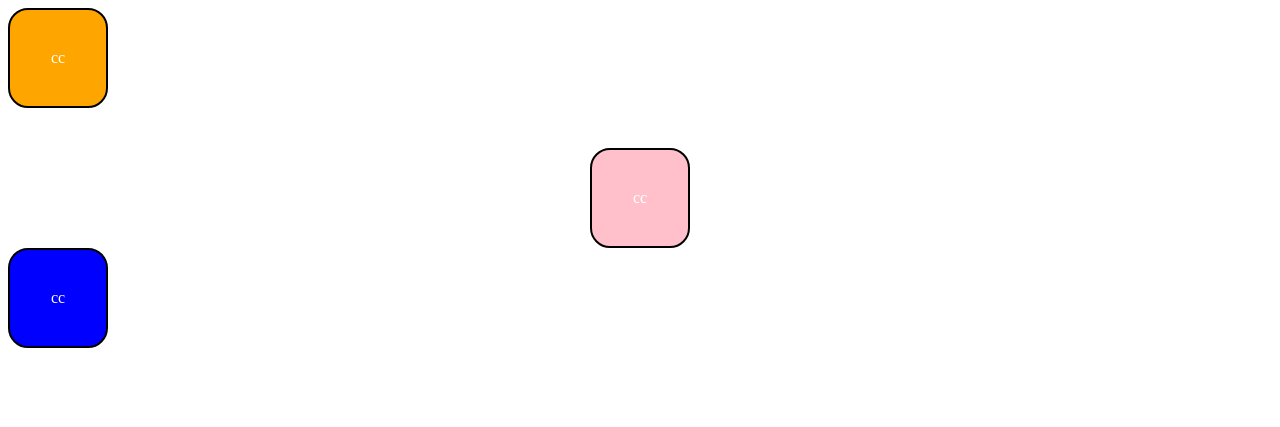
Repository: 16-Doffy/howtouse-htmlcss
Page: box_sizing/index.html
The author's editor kept a copy of each file at every save. The page is drawn from the files as they stood at one save, then again after the next save.
The browser window is 1280 px wide. The pictures show the whole page.

Above is the page before, as saved 2024-12-20 19:33:04.

After the next save:
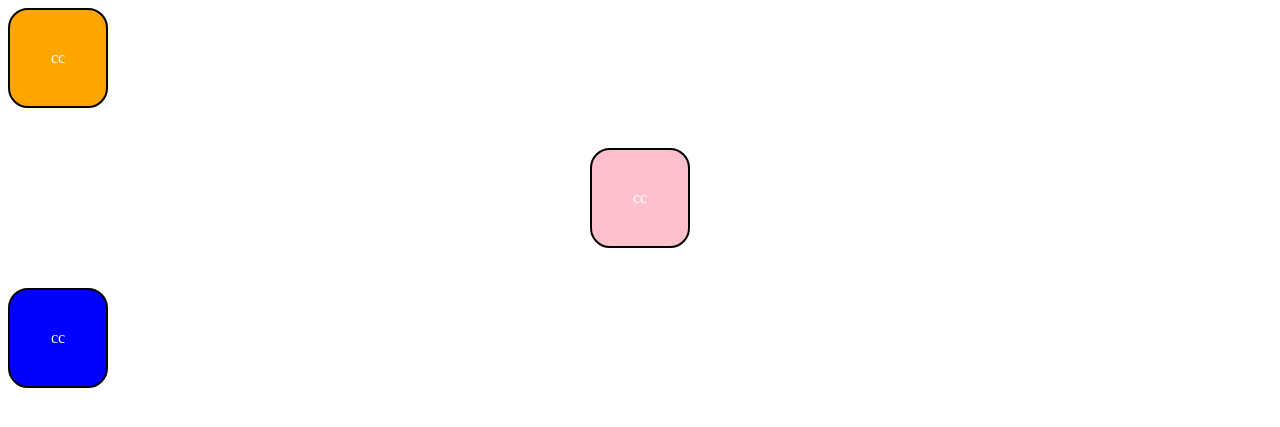
Saved 47 s later.
--- a/box_sizing/styles.css
+++ b/box_sizing/styles.css
@@ -28,5 +28,7 @@
     margin-right: auto; thay thế = margin: top / right / bot / left*/
     margin: 10px 0px 30px 0px;
     margin: 0 auto;
+    margin-inline: auto;
+    margin-block: 40px;
 
 }
